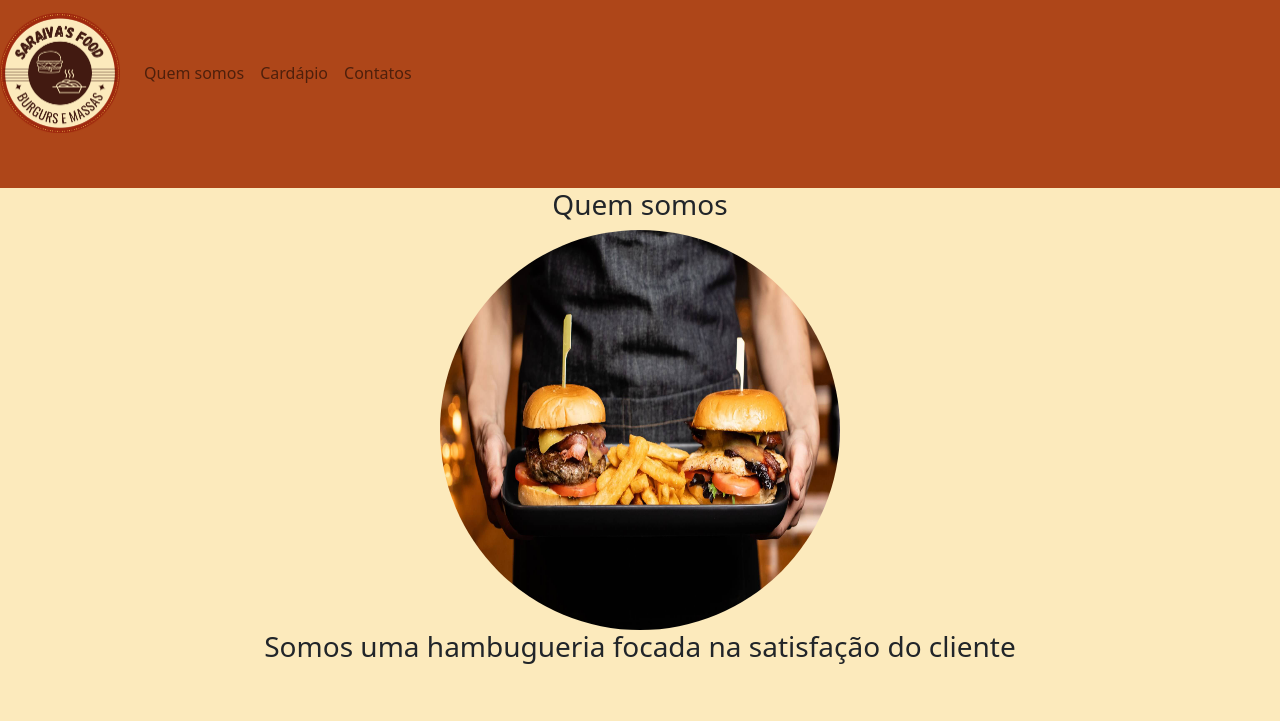
Repository: Tuanemendes/curso_bootstrap
Page: projeto1/index.html
These files come from the project's save history. The page is drawn as it stood at one moment and after the next save; the edit follows.
The browser window is 1280 px wide. The pictures show the whole page.

Above is the page before, as saved 2022-04-04 16:50:04.

### projeto1/index.html
<!DOCTYPE html>
<html lang="pt-br">

<head>
    <title>Saraiva's</title>
    <meta charset="utf-8">
     <link href="https://cdn.jsdelivr.net/npm/bootstrap@5.1.3/dist/css/bootstrap.min.css" rel="stylesheet" integrity="sha384-1BmE4kWBq78iYhFldvKuhfTAU6auU8tT94WrHftjDbrCEXSU1oBoqyl2QvZ6jIW3" crossorigin="anonymous">
        <link rel=" stylesheet" type="text/css" href="/css/style.css">
</head>

<body>
    <nav class="navbar navbar-expand-lg navbar-light margin">
        <a class="navbar-brand" href="#">
            <img src="/img/saraivasfood.png" alt="logo" width="120" height="120">
        </a>
        <div class="collapse navbar-collapse">
            <ul class="navbar-nav">
                <li class="nav-item">
                    <a class="nav-link " href="#"> Quem somos </a>
                </li>
                <li class="nav-item">
                    <a class="nav-link " href="#"> Cardápio </a>
                </li>
                <li class="nav-item">
                    <a class="nav-link " href="#"> Contatos </a>
                </li>
            </ul>
        </div>
    </nav>

    <section id="quemsomos">
        <div class="container-fluid quem-somos text-center margin">
            <h3>Quem somos</h3>
            <img src="/img/FICHA-TECNICA-PARA-HAMBURGUERIA-DICA.jpg" class="rounded-circle" alt="burgueria" width="400" height="400">
            <h3>Somos uma hambugueria  focada na satisfação do cliente</h3>

            </div>
    </section>
</body>

</html>

### css/style.css
.navbar{
    background-color: #ae4619;

}
.quem-somos{
    background-color: #fceabc;

}
.margin{
    padding-bottom: 50px;

}

After the next save:
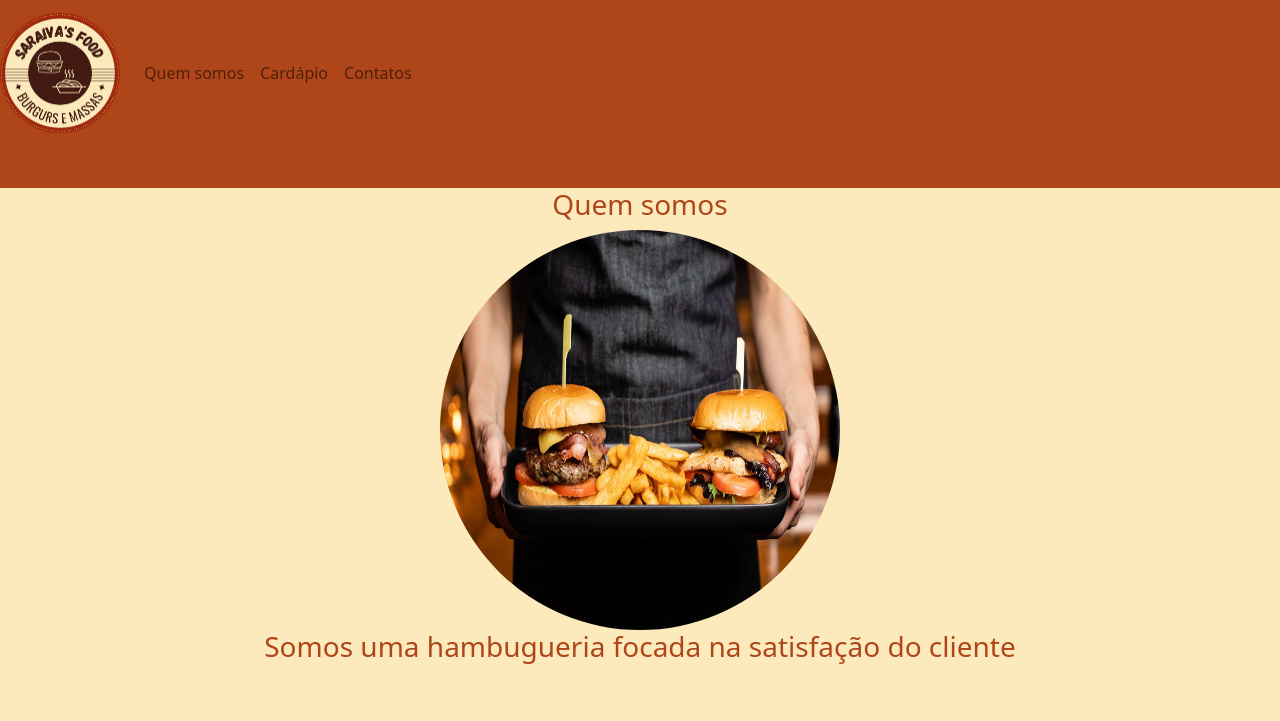
Saved 61 s later.
--- a/css/style.css
+++ b/css/style.css
@@ -4,6 +4,7 @@
 }
 .quem-somos{
     background-color: #fceabc;
+    color: #ae4619;
 
 }
 .margin{
